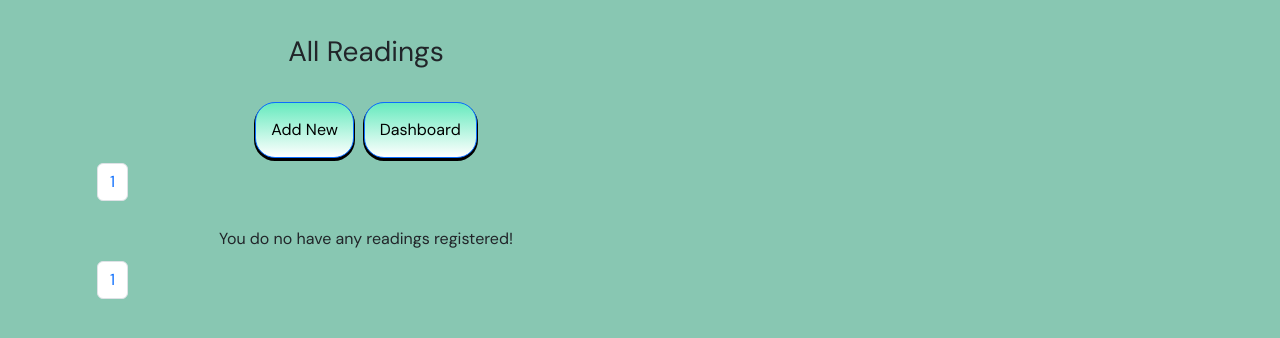
Repository: aiodell/my-glucose-checkup
Page: /bgls/all (app in client/)
The author's editor kept a copy of each file at every save. The page is drawn from the files as they stood at one save, then again after the next save.
The browser window is 1280 px wide. The pictures show the whole page.
The page's requests for data from a server got no answer. The project was rebuilt for these pictures with package versions that can differ from the ones it lists, and the page was loaded fresh each time. No one was signed in, and anything a server would have sent is missing. Also part of the build but not shown: client/src/components/Login.js, client/src/components/Signup.js, client/src/components/Dashboard.js, client/src/components/NewReading.js, client/src/components/Home.js, client/src/components/BglUpdateForm.js, client/src/components/BglEventDetails.js, client/src/components/NewBglEvent.js and 8 more.

Above is the page before, as saved 2022-10-06 06:45:51.

### client/src/index.js
import React from 'react';
import ReactDOM from 'react-dom/client';
import {BrowserRouter as Router} from "react-router-dom";
import 'bootstrap/dist/css/bootstrap.min.css';
import App from './App';

const root = ReactDOM.createRoot(document.getElementById('root'));
root.render(
  <React.StrictMode>
  <Router>
    <App />
  </Router>
  </React.StrictMode>
);

### client/src/App.js
import { useState, useEffect } from "react"
import { Switch, Route, useHistory } from "react-router-dom"
import NavBar from "./components/NavBar"
import Login from "./components/Login"
import Signup from "./components/Signup"
import Dashboard from "./components/Dashboard"
import AllReadings from "./components/AllReadings"
import NewReading from "./components/NewReading"
import Home from "./components/Home"
import BglEventDetails from "./components/BglEventDetails"
import NewBglEvent from "./components/NewBglEvent"
import Events from "./components/Events"
import UserProfile from "./components/UserProfile"
import CreateProfile from "./components/CreateProfile"
import AllUsers from "./components/AllUsers"
import './styles.css'

const App = () => {
  const [currentUser, setCurrentUser] = useState("")
  const [readings, setReadings] = useState([])
  const [events, setEvents] = useState([])
  const [users, setUsers] = useState([])
  const [following, setFollowing] = useState([])
  const history = useHistory()

  useEffect( () => {
    fetch(`/auto-login`)
    .then((r) => {
      if (r.ok) {
        r.json().then((user) => setCurrentUser(user))
      }else{
        history.push("/login")
      }
    })
  }, [ ])

	useEffect(() => {
		fetch("/events")
		.then((r) => r.json())
		.then(setEvents)
	}, [])

  useEffect(() => {
		fetch("/bgls")
		.then((r) => r.json())
		.then(setReadings)
	}, [])

  useEffect(() => {
    fetch("/users")
    .then((r) => r.json())
    .then(setUsers)
  }, [])

  useEffect(() => {
    fetch("/relationships")
    .then((r) => r.json())
    .then(setFollowing)
  }, [])

  const updateUser = (user) => setCurrentUser(user)

  const addNewReading = (newReading) => {setReadings(readings => [...readings, newReading])}

  const deleteReading = (deletedReading) => {
    setReadings((readings) => readings.filter((reading) => reading.id !== deletedReading))
  }

  const deleteEvent = (deletedEvent) => {
    setEvents((events) => events.filter((event) => event.id !== deletedEvent))
  }

  const updateBgl = (updatedBgl) => {
    setReadings((readings) => readings.map(bgl => bgl.id === updatedBgl.id ? updatedBgl : bgl))
  }

  // add follower to list
  const addNewFollow = (newFollow) => {
    setFollowing(following => [...following, newFollow])
    const copyOfCurrentUser = {...currentUser}
    copyOfCurrentUser.followees.push(newFollow)
    setCurrentUser(copyOfCurrentUser)
  }

  // delete follower from the list
  const deleteFollow = (deletedFollow) => {
    setFollowing((following) => following.filter((following) => following.id !== deletedFollow))
  }

  const removeCurrentFollowing = (deletedFollowee) => {
    const copyOfCurrentUser = {...currentUser}
    copyOfCurrentUser.followees = copyOfCurrentUser.followees.filter(followee => followee.followee_id !== deletedFollowee.followee_id)
    setCurrentUser(copyOfCurrentUser)
  }

   return (
   <div>
    <NavBar
      currentUser = {currentUser}
      updateUser = {updateUser}
    />
    <Switch>
      <Route exact path = "/login">
        <Login updateUser = {updateUser}/>
      </Route>
      <Route exact path = "/signup">
        <Signup />
      </Route>
      <Route exact path = "/dashboard">
        <Dashboard
        currentUser = {currentUser}
        readings = {readings}
        setReadings = {setReadings}
        following = {following}  // will be used to display the highs and lows of a user being followed
        users = {users}
        />
      </Route>
      <Route exact path= "/bgls/all">
        <AllReadings
        readings = {readings}
        setReadings = {setReadings}
        />
      </Route>
      <Route exact path= "/bgls/new">
        <NewReading addNewReading= {addNewReading} />
      </Route>
      <Route exact path= "/bgls/:id/">
        <BglEventDetails
          updateBgl = {updateBgl}
          deleteReading= {deleteReading}
          readings = {readings}
        />
      </Route>
      <Route exact path="/bgls/:id/bgl_events/new">
        <NewBglEvent events= {events}/>
      </Route>
      <Route exact path="/events">
        <Events
          deleteEvent = {deleteEvent}
          events = {events}
          setEvents = {setEvents}
        />
      </Route>
      <Route exact path= "/me">
        <UserProfile
        currentUser = {currentUser}
        users = {users}
        />
      </Route>
      <Route exact path = "/create-profile">
        <CreateProfile />
      </Route>
      <Route exact path= "/users">
        <AllUsers
        currentUser = {currentUser}
        users = {users}
        addNewFollow = {addNewFollow}
        deleteFollow = {deleteFollow}
        removeCurrentFollowing ={removeCurrentFollowing}
        />
      </Route>
      <Route exact path="/">
        <Home
        currentUser = {currentUser}
        setCurrentUser = {setCurrentUser}/>
      </Route>
    </Switch>
   </div>
  )
}

export default App;

### client/src/components/NavBar.js
import { useHistory, NavLink } from 'react-router-dom'
import Container from "react-bootstrap/Container"
import Nav from 'react-bootstrap/Nav';
import Navbar from 'react-bootstrap/Navbar';
import '../styles.css';

const NavBar = ({updateUser, currentUser}) => {
	const history = useHistory()

	// log out only available when logged in
	const handleLogout = (e) => {
		fetch(`/logout`, {
			method: 'DELETE'
		})
		.then(() => {
			updateUser("")
			history.push('/')
		})
	}

	return(
		<>
		{currentUser ?
			<Navbar bg="dark" variant="dark" expand="lg">
			<Container className="nav-bar">
				<Navbar.Brand>My Glucose Checkup</Navbar.Brand>
				<Navbar.Toggle aria-controls="basic-navbar-nav" />
				<Navbar.Collapse id="basic-navbar-nav"></Navbar.Collapse>
					<Nav className="me-auto">
						<NavLink className="nav-link" to="/dashboard">
							<Nav.Item>Dashboard</Nav.Item>
						</NavLink>
						<NavLink className="nav-link" to="/bgls/all">
							<Nav.Item>My BGLs</Nav.Item>
						</NavLink>
						<NavLink className="nav-link" to="/bgls/new">
							<Nav.Item>New Reading</Nav.Item>
						</NavLink>
						<NavLink className="nav-link" to="/me">
							<Nav.Item>My Account</Nav.Item>
						</NavLink>
						<NavLink className="nav-link" to="/users">
							<Nav.Item>All Users</Nav.Item>
						</NavLink>
						<Nav.Link onClick={handleLogout}>Logout</Nav.Link>
					</Nav>
			</Container>
		</Navbar> : null }
		</>
	)
}

export default NavBar

### client/src/components/AllReadings.js
import { useState, useEffect } from "react"
import Pagination from "react-bootstrap/Pagination"
import { useHistory, Link, NavLink } from "react-router-dom"
import Card from 'react-bootstrap/Card';
import Container from "react-bootstrap/Container"
import Button from "react-bootstrap/Button"

const AllReadings = ({readings, setReadings }) => {
	const [errors, setErrors] = useState([])
	const [ currentRange, setCurrentRange ] = useState([0, 10]);
	const history = useHistory()

	useEffect(() => {
		fetch("/bgls")
		.then(r => {
			if(r.ok){
				r.json().then(readings => setReadings(readings))
			}else{
				r.json().then(data => {
					setErrors(data.errors)
					history.push("/login")
				})
			}
		})
	}, [])

	const handleDelete = (id) => {
		fetch(`/bgls/${id}`, {
			method: "DELETE",
		})
		.then(() =>{
			setReadings((readings) => readings.filter((reading) => reading.id !== id))
		})
	}

		// render the current Bgls
	const renderReadings = readings.map((bgl) => {
		return(
			<Card className="bgl-card" key= {bgl.id}>
				<Card.Body as={Link} to= {`/bgls/${bgl.id}`}>
					<Card.Title className="card-title">
						{bgl.value} mg/dl
					</Card.Title>
					<Card.Text>
						{bgl.created_at}
					</Card.Text>
				</Card.Body>
				<Button className="delete-btn" onClick={() => handleDelete(bgl.id)}>
					Delete
				</Button>
			</Card>
		)
	})


	// pagination of the Bgls
  	const handlePageClick = (e) => {
    const pageNum = e.target.innerText;

    if(pageNum === '1') {
      setCurrentRange([ 0, 20 ]);
    } else {
      const start = pageNum * 20 - 19;
      const end = pageNum * 20;
      setCurrentRange([ start, end ]);
    }
  }

	const bglPages = () => {
    let pages = [];
    let numOfPages = renderReadings.length / 20 + 1;

    for( let pageNum = 1; pageNum <= numOfPages; pageNum++ ) {
      pages.push(
        <Pagination.Item
          key={ pageNum }
          onClick={ handlePageClick }
          active={ currentRange[1] / 20 === pageNum }
          disabled={ currentRange[1] / 20 === pageNum }
        >
          { pageNum }
        </Pagination.Item>
      )
    }
    return pages;
  }
  	// end of pagination of Bgls

	const bglPage = renderReadings.slice(...currentRange)

	return(
		<Container >
		{errors ? errors.map(e => <section>{e}</section>):null}
			<Container className="all-bgl-container-style">
				<h3 className="title">All Readings</h3>
				<NavLink to="/bgls/new">
					<Button className="btns">Add New</Button>
				</NavLink>
				<NavLink to="/dashboard">
					<Button className="btns">Dashboard</Button>
				</NavLink>
				<Pagination>{ bglPages() }</Pagination>
				<Container className="container-style">
					{bglPage.length > 0 ? bglPage : "You do no have any readings registered!"}
				</Container>
				<Pagination>{ bglPages() }</Pagination>
			</Container>
		</Container>
	)
}

export default AllReadings

### client/src/styles.css
@import url('https://fonts.googleapis.com/css2?family=DM+Sans&display=swap');
@import url('https://fonts.googleapis.com/css2?family=Carter+One&family=DM+Sans&display=swap');

body {
  font-family: 'DM Sans', sans-serif;
  background-color:#88c7b2;
  margin: 0px;
}

/*Universal */
.btns {
  background-image: linear-gradient(#67eabe, #ffffff);
  color: rgb(0, 0, 0);
  padding: 15px;
  margin: 5px;
  text-align: center;
  border-radius: 20px;
  box-shadow: 0px 2px 0px 1px black;
  text-decoration: none;
}

.container-style{
  text-align: center;
  padding: 10px;
  position: relative;
}

.navbar-brand{
  font-family: 'Carter One', cursive;
  font-size: 2rem;
  text-align:left
}

/*Home Page */
.Home {
  text-align: center;
}

.home-background {
  background-color: #88c7b2;
  min-height: 100vh;
  display: flex;
  flex-direction: column;
  align-items: center;
  justify-content: center;
  font-size: calc(10px + 2vmin);
  color: white;
}

.welcome {
  font-family: 'Carter One', cursive;
  text-shadow: 2px 2px black;
  text-align: center;
}

.home-btn-div {
  align-content: center;
}

/*Forms */
.form-style{
  margin-top: 100px;
  border-radius: 20px;
  box-shadow: 0px 2px 0px 1px black;
  background-image: linear-gradient(#67eabe, #ffffff);
  color: rgb(0, 0, 0);
}
.title{
  padding: 20px;
  position: relative;
}

/*Dashbord */
.dash-container{
  margin-top: 100px;
  padding: 20px;
  background-image: linear-gradient(#67eabe, #ffffff);
  border-radius: 25px;
  position: relative;
}

.current-bgl{
  border-radius: 50%;
  height: 150px;
  width: 150px;
  vertical-align: middle;
  left: 44%;
  position: relative;
  box-shadow: 2px 2px 2px 2px black;
  background-image: linear-gradient(#67eabe, #ffffff);
}

.current-txt{
  text-align: center;
  font-size: 4rem;
  padding-top: 40px;
  padding-left: 5px;
  position: relative;
}

.low-high-avg{
  padding: 20px;
  position: relative;
}

.dash-title{
  font-family: 'Carter One', cursive;
  text-shadow: 2px 2px 2px black;
  color: white
}

/*Events */

.list{
  list-style: none;
  padding: 5px;
  font-size: 150%;
}

.event-container-style{
  text-align: center;
  padding: 10px;
  position: relative;
  margin: 5px;
}

.delete-btn{
  background-image: linear-gradient(#67eabe, #ffffff);
  color: rgb(0, 0, 0);
  padding: 5px;
  margin: 5px;
  text-align: center;
  box-shadow: 0px 2px 0px 1px black;
  text-decoration: none;
}
.event-card{
  vertical-align: middle;
  left: 39%;
  position: relative;
}

/*All bgls*/
.all-bgl-container-style{
  text-align: center;
  position: relative;
  padding: 10px;
  margin: 5px;
  max-width: 50%;
}

.bgl-card{
  margin: 10px;
  text-decoration: none;
  color: black;
  box-shadow: 0px 2px 0px 2px black;
}

.card-title{
  font-size: 150%;
}

.search {
  width: 50%;
  text-align: center;

  position: relative;
  display: block;
  margin: auto;
  padding: 2rem;
}

.searchTerm {
  text-align: center;
  width: 100%;
  border: 3px solid #004e59;
  padding: 5px;
  height: 3rem;
  border-radius: 5px;
  outline: none;
  font-size: 1.5rem;
}

/* Profile Completion Form */
.form-title{
  text-align: center;
  margin-top: 15px;
}

.profile-completion{
  text-align: center;
  padding: 15px;
  margin: 10px;
  box-shadow: 1px 2px 0px 1px black;
  background-image: linear-gradient(#eaeaea, #ffffff);
  color: rgb(0, 0, 0);
}

.profile-label{
  margin-bottom: 5px;
  margin-top: 10px;
}

.form-check{
  margin-top: 5px
}

/*profile container*/
.profile-container{
  align-content: center;
  margin-top: 20px;
  text-align: center;
  display: relative;
  position:relative;
  max-width: 50%;
}

Loaded but not shown: client/public/index.html (common file)

After the next save:
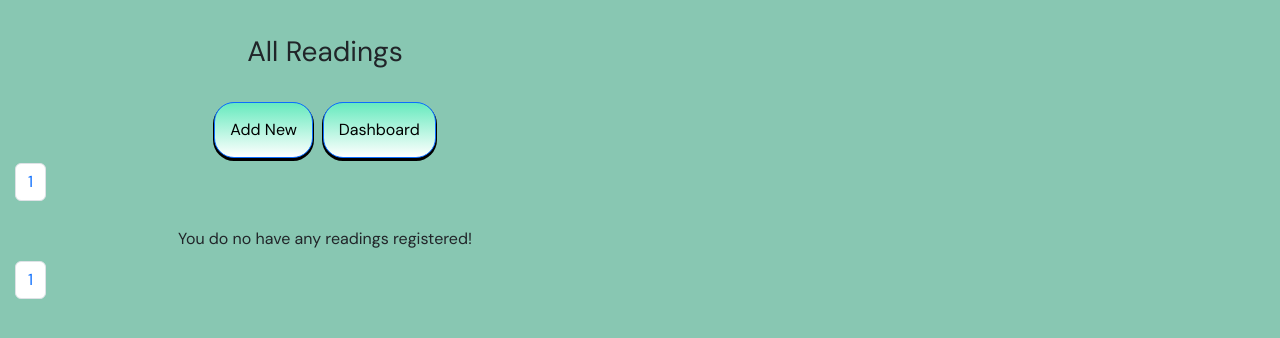
Saved 37 s later.
--- a/client/src/components/AllReadings.js
+++ b/client/src/components/AllReadings.js
@@ -89,7 +89,7 @@ const AllReadings = ({readings, setReadings }) => {
 	const bglPage = renderReadings.slice(...currentRange)
 
 	return(
-		<Container >
+		<>
 		{errors ? errors.map(e => <section>{e}</section>):null}
 			<Container className="all-bgl-container-style">
 				<h3 className="title">All Readings</h3>
@@ -105,7 +105,7 @@ const AllReadings = ({readings, setReadings }) => {
 				</Container>
 				<Pagination>{ bglPages() }</Pagination>
 			</Container>
-		</Container>
+		</>
 	)
 }
 
